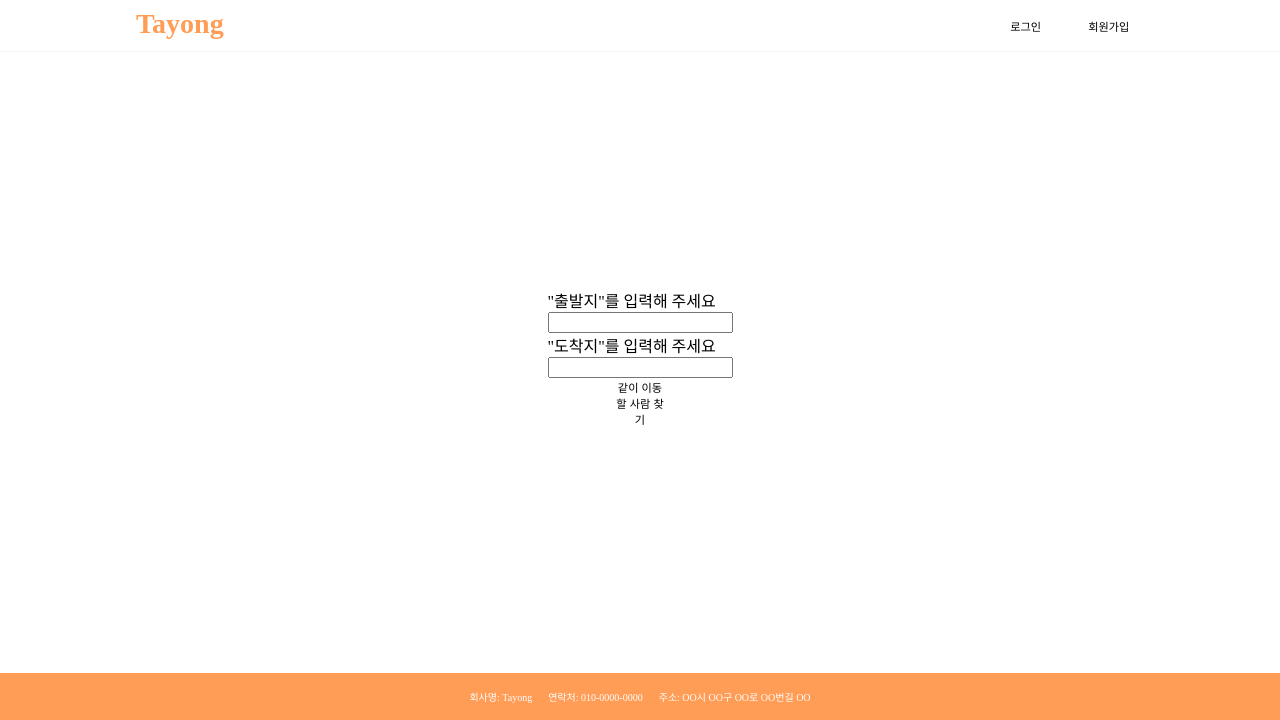
Repository: YEOMJINSEOP/playground
Page: / (app in tayong/)
These files come from the project's save history. The page is drawn as it stood at one moment and after the next save; the edit follows.
The browser window is 1280 px wide. The pictures show the whole page.
The project was rebuilt for these pictures with package versions that can differ from the ones it lists, and the page was loaded fresh each time.

Above is the page before, as saved 2022-10-28 14:07:16.

After the next save:
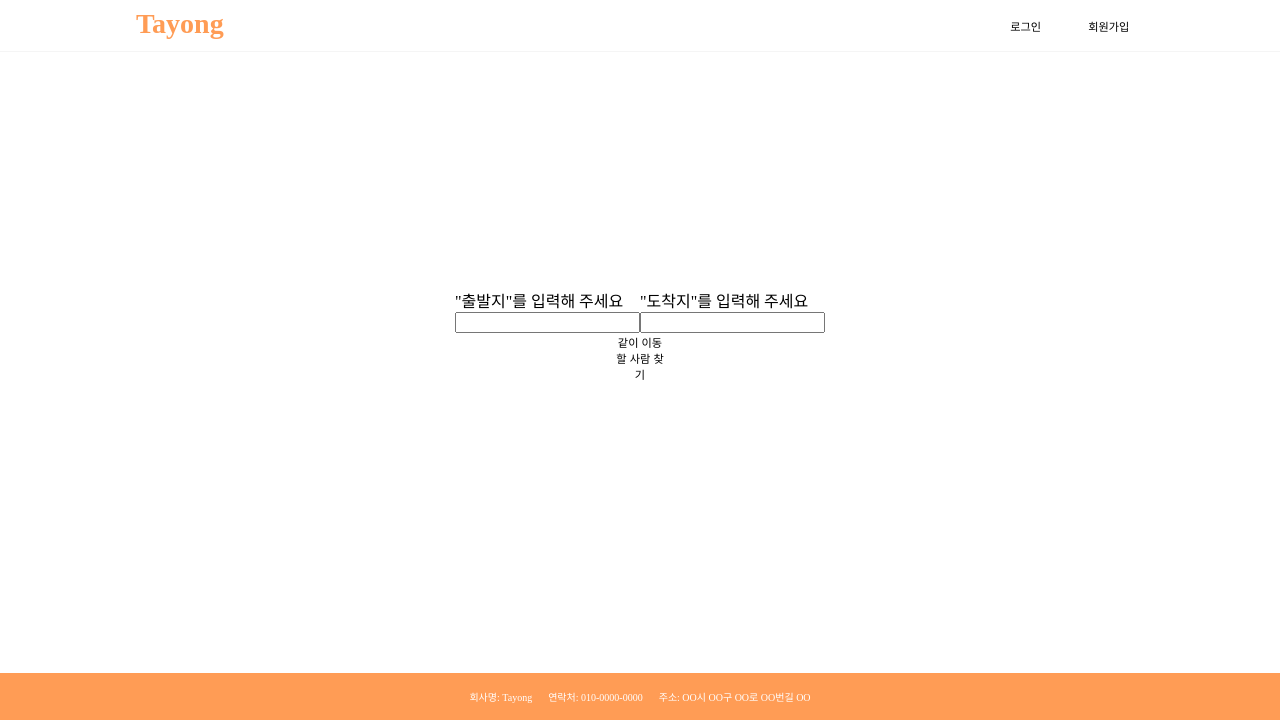
Saved 110 s later.
--- a/tayong/src/components/locationSelector/locationSelector.jsx
+++ b/tayong/src/components/locationSelector/locationSelector.jsx
@@ -6,7 +6,7 @@ function LocationSelector(props) {
   const [arrival, setArrival] = useState('');
   return (
     <form className={styles.locationSelector}>
-      <div className='location'>
+      <div className={styles.location}>
         <div className='departure'>
             <div><span>"출발지"</span>를 입력해 주세요</div>
             <label htmlFor='departure'></label>
